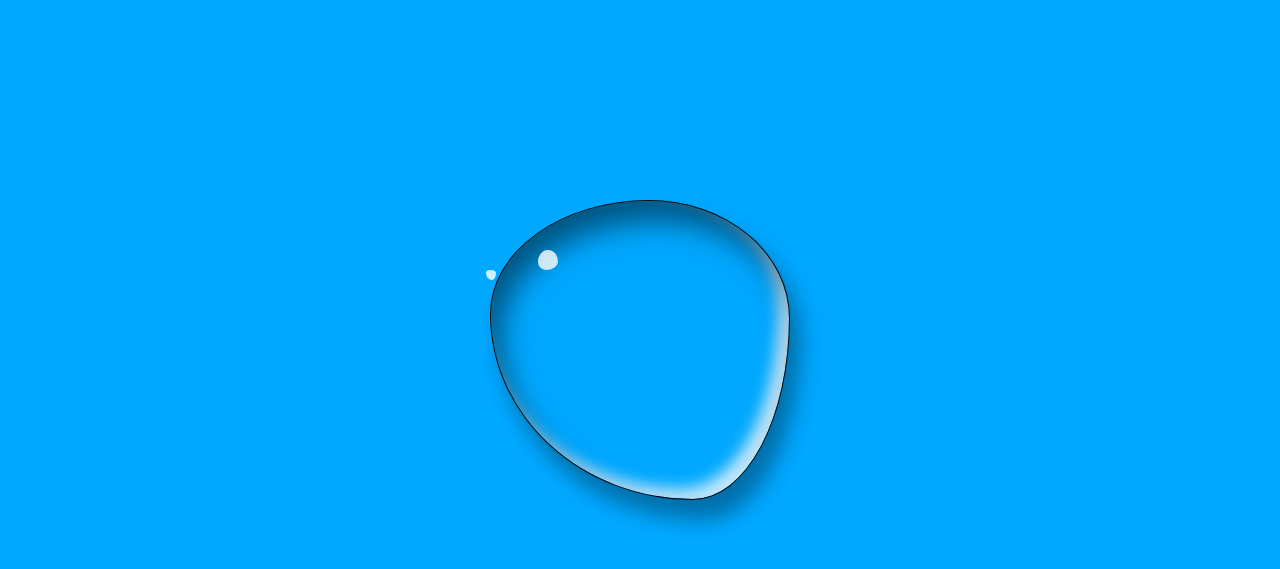
Repository: BlackCat328/CSS_Animation
Page: 52.水滴特效/demo.html
These files come from the project's save history. The page is drawn as it stood at one moment and after a run of saves; the edit follows.
The browser window is 1280 px wide. The pictures show the whole page.

Above is the page before, as saved 2022-11-01 00:06:12.

After the next 2 saves:
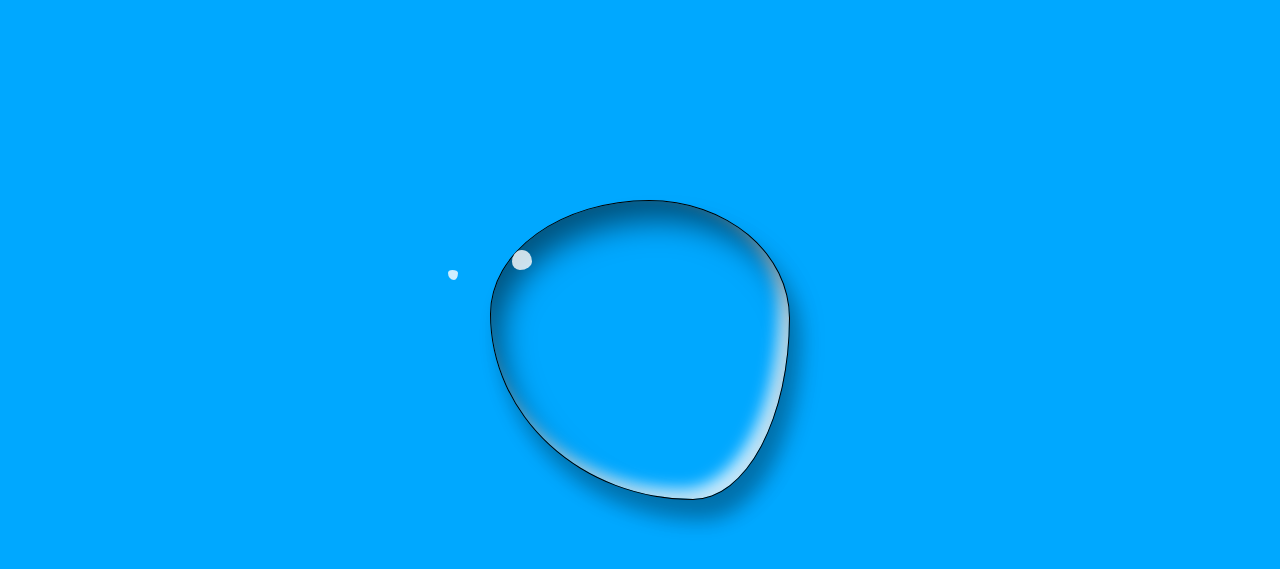
The 2 saves are shown as one change because they came seconds apart.
The last was saved 15 s later.
--- a/52.水滴特效/demo.css
+++ b/52.水滴特效/demo.css
@@ -31,7 +31,7 @@ body {
     height: 20px;
     position: absolute;
     top: 250px;
-    left: 42%;
+    left: 40%;
     background-color: rgba(255, 255, 255, 0.8);
     border-radius: 49% 51% 61% 39% / 59% 56% 44% 41%;
 }
@@ -42,7 +42,7 @@ body {
     height: 10px;
     position: absolute;
     top: 270px;
-    left: 38%;
+    left: 35%;
     background-color: rgba(255, 255, 255, 0.8);
     border-radius: 45% 55% 40% 60% / 30% 28% 72% 70%;
 }
